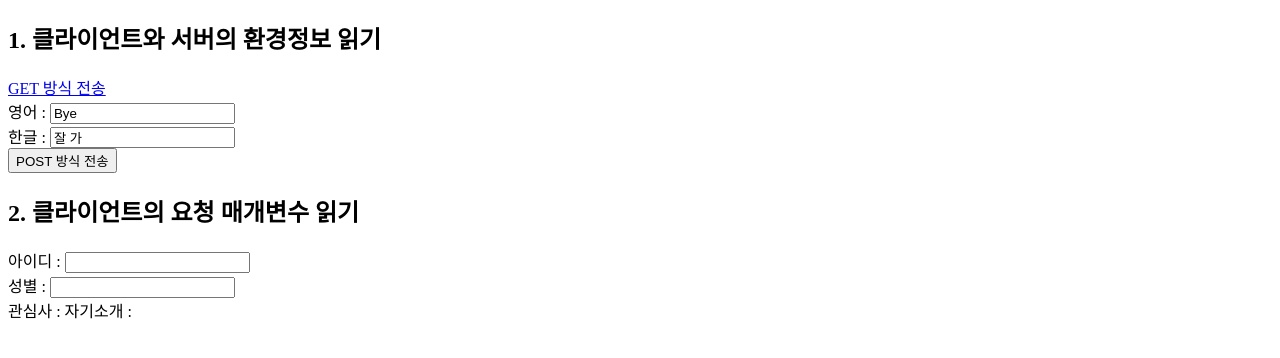
Repository: iamstudybox00/JSP_Servlet
Page: http://localhost/MustHaveJSP/02ImplicitObject/RequestMain.jsp
The author's editor kept a copy of each file at every save. The page is drawn from the files as they stood at one save, then again after the next save.
The browser window is 1280 px wide. The pictures show the whole page.
The page is served by Tomcat 10. Other server files are loaded and not shown.

Above is the page before, as saved 2025-05-02 05:50:36.

### MustHaveJSP/src/main/webapp/02ImplicitObject/RequestMain.jsp
<%@ page language="java" contentType="text/html; charset=UTF-8"
    pageEncoding="UTF-8"%>
<!DOCTYPE html>
<html>
	<head>
	<meta charset="UTF-8">
	<title>내장객체 - request</title>
	</head>
	<body>
		<h2>1. 클라이언트와 서버의 환경정보 읽기</h2>
		<a href="./RequestWebInfo.jsp?eng=Hello&han=안녕">
			GET 방식 전송
		</a>
		<br/>
		<form action="RequestWebInfo.jsp" method="post" accept-charset="utf-8">
			영어 : <input type="text" name="eng" value="Bye" /><br/>
			한글 : <input type="text" name="han" value="잘 가" /><br/>
			<input type="submit" value="POST 방식 전송" />
		</form>

		<h2>2. 클라이언트의 요청 매개변수 읽기</h2>
		<form method="post" action="RequestParameter.jsp">
			아이디 : <input type="text" name="id" value="" /><br/>
			성별 :
			<input type="text" name="id" value="" /><br/>
			관심사 :
			자기소개 :
		</form>
	</body>
</html>

After the next save:
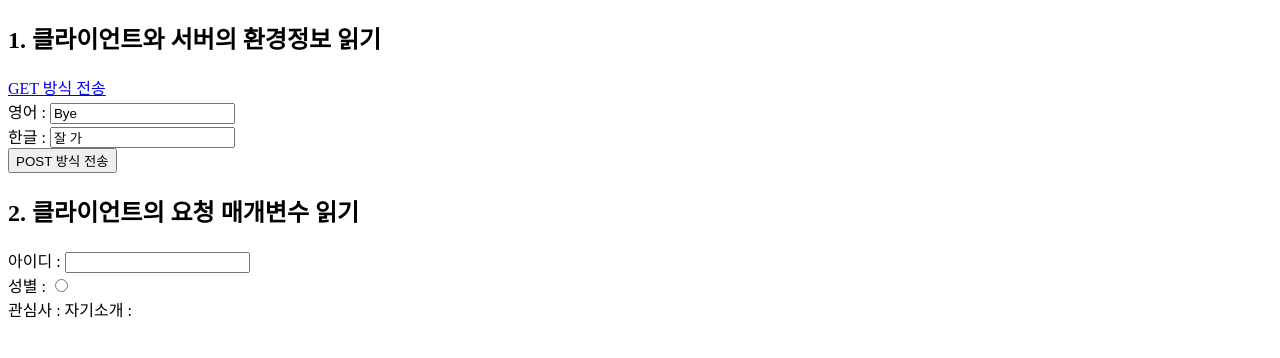
Saved 6 s later.
--- a/MustHaveJSP/src/main/webapp/02ImplicitObject/RequestMain.jsp
+++ b/MustHaveJSP/src/main/webapp/02ImplicitObject/RequestMain.jsp
@@ -22,7 +22,7 @@
 		<form method="post" action="RequestParameter.jsp">
 			아이디 : <input type="text" name="id" value="" /><br/>
 			성별 :
-			<input type="text" name="id" value="" /><br/>
+			<input type="radio" name="id" value="" /><br/>
 			관심사 :
 			자기소개 :
 		</form>
